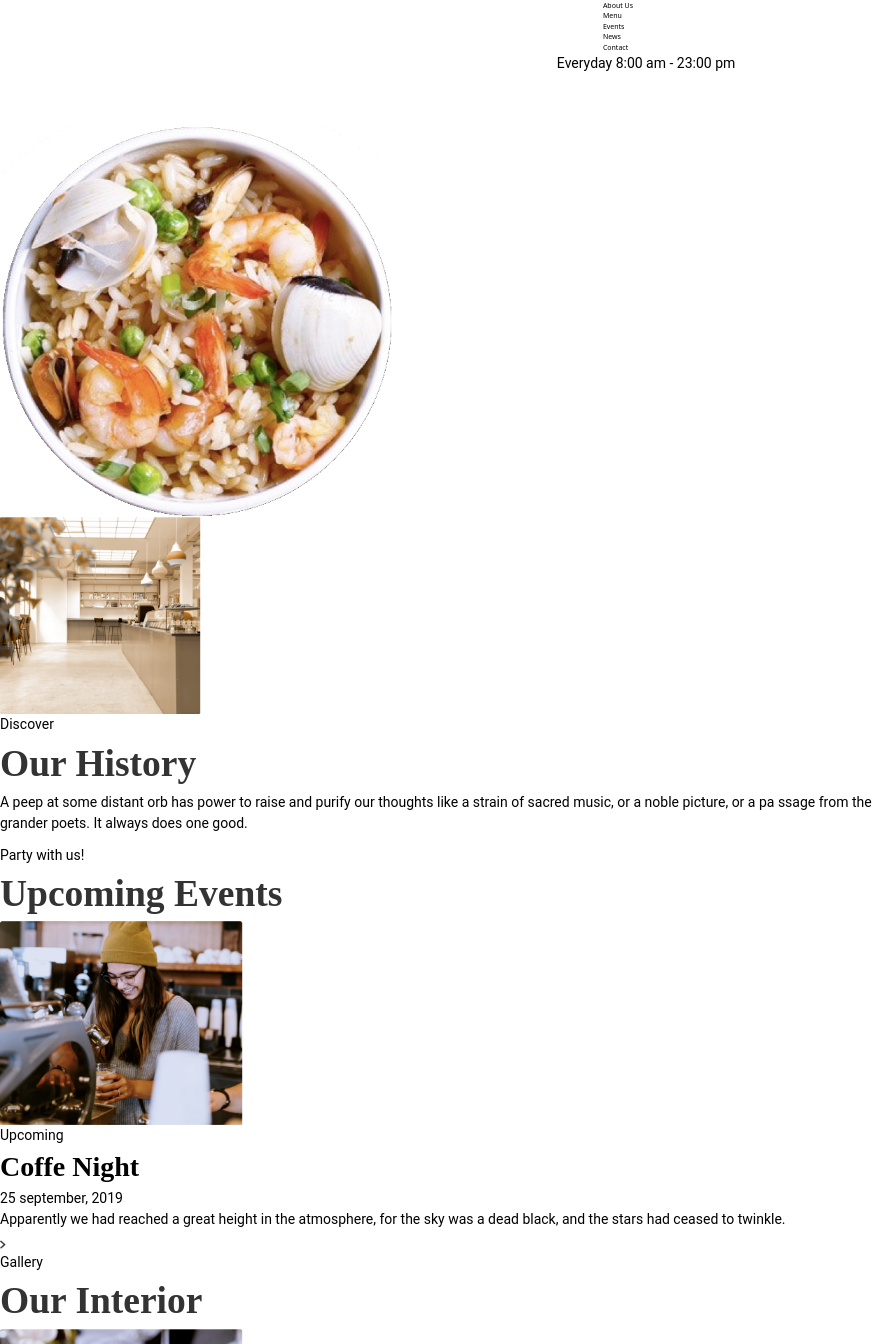
Repository: murilopellis-12/Tailwind-Prova
Page: index.html
These files come from the project's save history. The page is drawn as it stood at one moment and after the next save; the edit follows.
The browser window is 1280 px wide. The pictures show the part of the page from y = 0 to 1920 px (the page is 4565 px tall), at 70% of full size.

Above is the page before, as saved 2026-10-26 19:22:47.
Not found: style.css

After the next save:
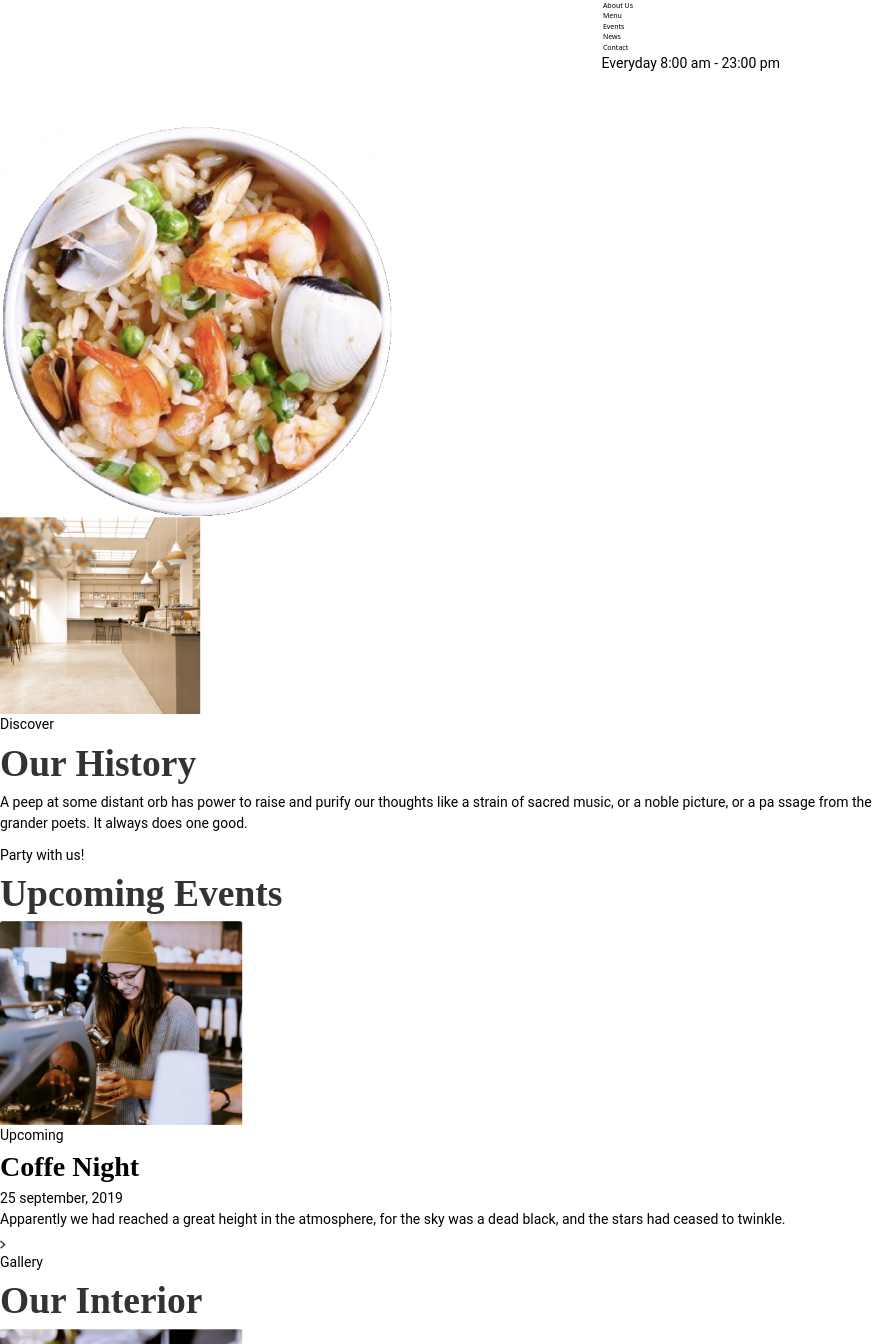
Saved 36 s later.
--- a/index.html
+++ b/index.html
@@ -120,7 +120,7 @@
         </div>
       </div>
       <div class="div-agrupar-conteudo-hero">
-        <div class="conteudo-hero h-auto flex flex-column justify">
+        <div class="conteudo-hero h-auto flex flex-column justify-between">
           <h1 id="h1-pagina-principal">Welcome to our restaurant</h1>
           <p id="horario-funcionamento-hero">Everyday 8:00 am - 23:00 pm</p>
           <div class="botoes-hero">
